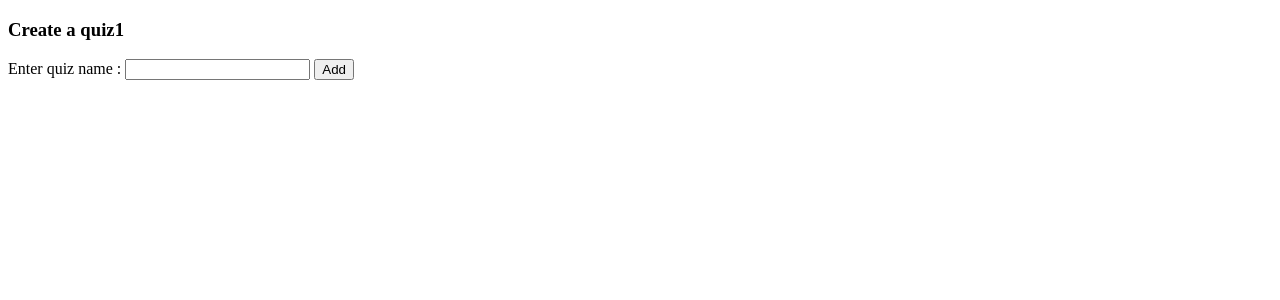
Repository: Sourabh-Gautam/epam-hometask
Page: http://localhost/onlinequizmanagement/view/createquizpage.jsp
The author's editor kept a copy of each file at every save. The page is drawn from the files as they stood at one save, then again after a run of saves.
The browser window is 1280 px wide. The pictures show the whole page.
The page is served by Tomcat 9. Other server files are loaded and not shown.

Above is the page before, as saved 2022-11-09 05:52:11.

### Spring/Spring Boot Web/onlinequizmanagement/src/main/webapp/view/createquizpage.jsp
<%@ page language="java" contentType="text/html; charset=ISO-8859-1"
	pageEncoding="ISO-8859-1"%>
<!DOCTYPE html>
<html>
<head>
<meta charset="ISO-8859-1">
<title>Insert title here</title>
</head>
<body>
	<h3>Create a quiz1</h3>
	<div>
		<form action="/admin/createquiz" method="post">
			Enter quiz name : <input name="quizname" /> <input type="submit"
				value="Add" />
		</form>

	</div>
</body>
</html>

After the next 2 saves:
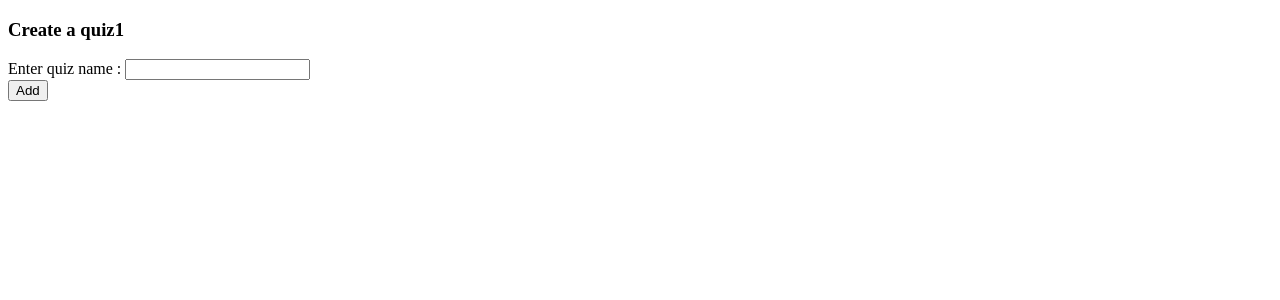
The 2 saves are shown as one change because they came seconds apart.
The last was saved 10 s later.
--- a/Spring/Spring Boot Web/onlinequizmanagement/src/main/webapp/view/createquizpage.jsp
+++ b/Spring/Spring Boot Web/onlinequizmanagement/src/main/webapp/view/createquizpage.jsp
@@ -10,10 +10,9 @@
 	<h3>Create a quiz1</h3>
 	<div>
 		<form action="/admin/createquiz" method="post">
-			Enter quiz name : <input name="quizname" /> <input type="submit"
+			Enter quiz name : <input name="quizname" /> <br/> <input type="submit"
 				value="Add" />
 		</form>
-
 	</div>
 </body>
 </html>
